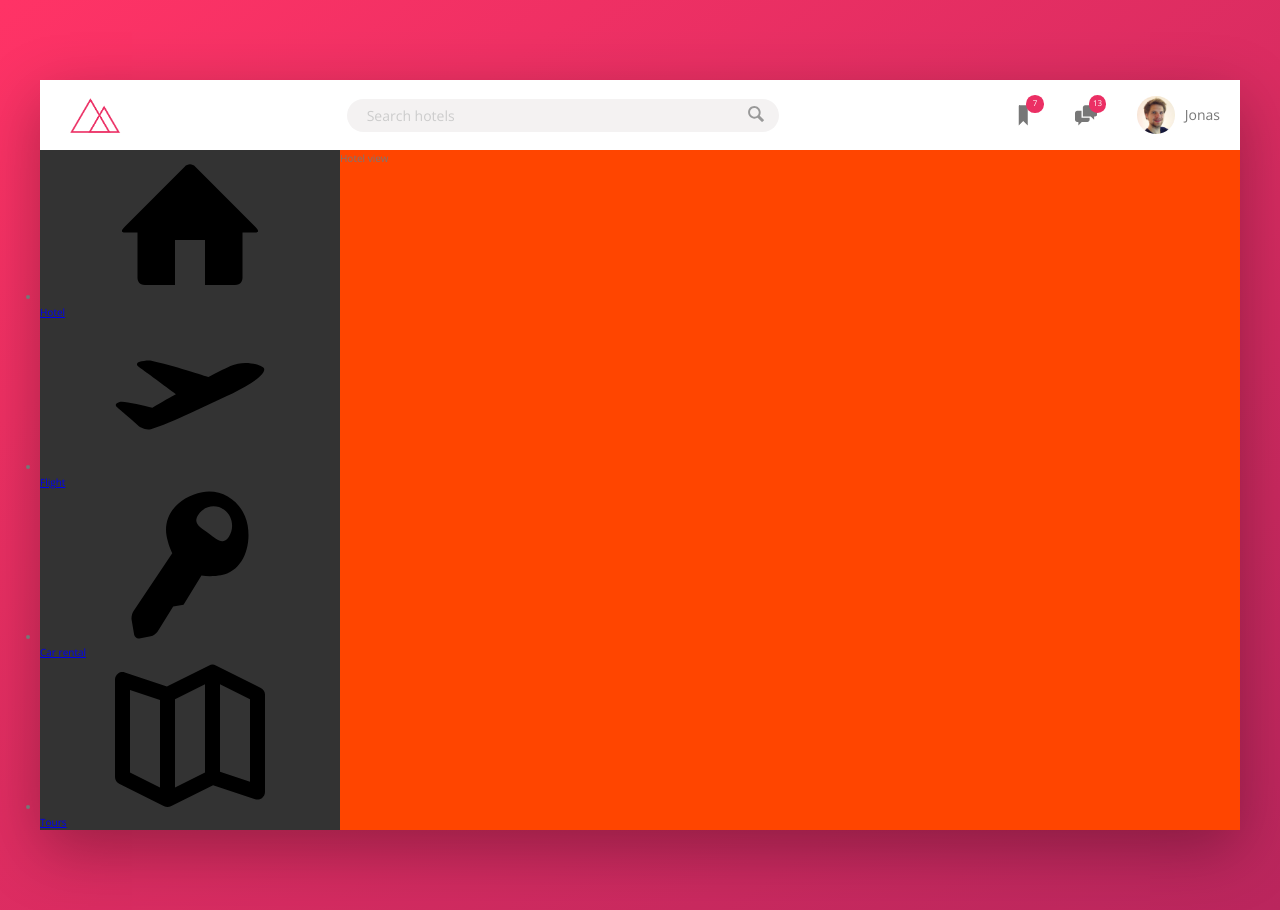
Repository: MalgorzataMazur/Trillo
Page: index.html
These files come from the project's save history. The page is drawn as it stood at one moment and after the next save; the edit follows.
The browser window is 1280 px wide. The pictures show the whole page.
The style sheet was rebuilt from its Sass, Less or Tailwind sources for each picture, by a compiler version that may differ from the author's.

Above is the page before, as saved 2020-03-26 18:31:56.

### index.html
<!DOCTYPE html>
<html lang="en">
    <head>
        <meta charset="UTF-8">
        <meta name="viewport" content="width=device-width, initial-scale=1.0">

        <link href="https://fonts.googleapis.com/css?family=Open+Sans:300,400,600" rel="stylesheet">
        <link rel="stylesheet" href="css/style.css">
        <link rel="shortcut icon" type="image/png" href="img/favicon.png">

        <title>trillo &mdash; Your all-in-one booking app</title>
    </head>
    <body>
        <div class="container">
            <header class="header">
                <img src="img/logo.png" alt="trillo logo" class="logo">

                <form action="#" class="search">
                    <input type="text" class="search__input" placeholder="Search hotels">
                    <button class="search__button">
                        <svg class="search__icon">
                            <use xlink:href="img/sprite.svg#icon-magnifying-glass"></use> <!--include svg -->
                        </svg>
                    </button>
                </form>

                <nav class="user-nav">
                    <div class="user-nav__icon-box">
                        <svg class="user-nav__icon">
                            <use xlink:href="img/sprite.svg#icon-bookmark"></use>
                        </svg>
                        <span class="user-nav__notification">7</span>
                    </div>
                    <div class="user-nav__icon-box">
                        <svg class="user-nav__icon">
                            <use xlink:href="img/sprite.svg#icon-chat"></use>
                        </svg>
                        <span class="user-nav__notification">13</span>
                    </div>
                    <div class="user-nav__user">
                        <img src="img/user.jpg" alt="User photo" class="user-nav__user-photo">
                        <span class="user-nav__user-name">Jonas</span>
                    </div>
                </nav>
            </header>
            <div class="content">
                <nav class="sidebar">
                    <ul class="side-nav">
                        <li class="side-nav__item">
                            <a href="#" class="side-nav__link">
                                <svg class="side-nav__icon">
                                    <use xlink:href="img/sprite.svg#icon-home"></use>
                                </svg>
                                <span>Hotel</span>
                            </a>
                        </li>
                        <li class="side-nav__item">
                            <a href="#" class="side-nav__link">
                                <svg class="side-nav__icon">
                                    <use xlink:href="img/sprite.svg#icon-aircraft-take-off"></use>
                                </svg>
                                <span>Flight</span>
                            </a>
                        </li>
                        <li class="side-nav__item">
                            <a href="#" class="side-nav__link">
                                <svg class="side-nav__icon">
                                    <use xlink:href="img/sprite.svg#icon-key"></use>
                                </svg>
                                <span>Car rental</span>
                            </a>
                        </li>
                        <li class="side-nav__item">
                            <a href="#" class="side-nav__link">
                                <svg class="side-nav__icon">
                                    <use xlink:href="img/sprite.svg#icon-map"></use>
                                </svg>
                                <span>Tours</span>
                            </a>
                        </li>






                    </ul>
                </nav>
                <main class="hotel-view">
                    Hotel view
                </main>
            </div>

        </div>
    </body>
</html>

### sass/_base.scss
//variable will be avuialable for entire documents here, global parent of elelemnt
:root { //root pseudoclass the same like ktml but higher specifity //css custom proiperties variables I use here define in declaration bloxk remember
    --color-primary: #eb2f64;
    --color-primary-light: #FF3366;
    --color-primary-dark: #BA265D;

    --color-grey-light-1: #faf9f9;
    --color-grey-light-2: #f4f2f2;
    --color-grey-light-3: #f0eeee;
    --color-grey-light-4: #ccc;

    --color-grey-dark-1: #333;
    --color-grey-dark-2: #777;
    --color-grey-dark-3: #999;

    --shadow-dark: 0 2rem 6rem rgba(0,0,0,.3);

}

* { //first global settings *,htm, body
    margin: 0;
    padding: 0;
}

*,
*::before,
*::after {
    box-sizing: inherit;
}

html {
    box-sizing: border-box;
    font-size: 62.5%; //1rem = 10px, 10px/16px = 62.5%
}

body {
    font-family: 'Open Sans', sans-serif;
    font-weight: 400;
    line-height: 1.6;
    color: var(--color-grey-dark-2);
    background-image: linear-gradient(to right bottom, var(--color-primary-light), var(--color-primary-dark)); //gradient from the left top cornet to right bottom corner
    background-size: cover;
    background-repeat: no-repeat; //default is repeat in css

    min-height: 100vh; //min height but if height can be bigger than that will be simply bigger
}

### sass/_layout.scss
.container {
    max-width: 120rem; //container can decrease if hasn't got enough enough space to display our 120rem,;inaczej 1200px i jesli mniej to zajmie 100% szerokosci portu
    margin: 8rem auto;
    background-color: var(--color-grey-light-1);
    box-shadow: var(--shadow-dark);

    min-height: 50rem;
}

.header {
    font-size: 1.4rem;
    height: 7rem;
    background-color: #fff;
    border-bottom: var(--color-grey-light-2);

    display: flex; //cause it is parent element
    justify-content: space-between; // divide empty space between 3 elements
    align-items: center; //wzdłuż osi poprzecznej center
}

.content {
    display: flex;
}

.sidebar {
    background-color: var(--color-grey-dark-1);

    flex: 0 0 18%; //don't want to grow & shrink & we want 18% of width; automatic wil be
}

.hotel-view {
    background-color: #fff;
    background-color: orangered;

    flex: 1; //by using flex 1 element should grow as much as that can; na tyle ile ma przestrzeni
}

### sass/_components.scss
/////////////////////////////////
////LOGO
.logo {
    height: 3.5rem;
    margin-left: 3rem;
}


/////////////////////////////////
////SEARCH
.search {
    flex: 0 0 40%; //grow shrink occupy

    display: flex;//flex item is becoming flex container,; we center loop icon btn
    align-items: center; //center elem along the cross axis
    justify-content: center; //center elem along the main axis

    &__input {
        font-family: inherit;
        font-size: inherit;
        color: inherit;
        background-color: var(--color-grey-light-2);
        border: none;
        border-radius: 100px;
        padding: .7rem 2rem;
        width: 90%;
        transition: all .2s;
        margin-right: -3.25rem; //this way the btn move on top of input

        &:focus {
            outline: none;
            width: 100%;
            background-color: var(--color-grey-light-3);
        }

        &::-webkit-input-placeholder {
            font-weight: 100;
            color: var(--color-grey-light-4);
        }
    }

    &__input:focus + &__button { //sibling, adjust element; the same backgr color
        background-color: var(--color-grey-light-3);
    }

    &__button {
        border: none;
        background-color: var(--color-grey-light-2);

        &:focus {
            outline: none;
        }

        &:active {
            transform: translate(2px);
        }
    }

    &__icon {
        height: 2rem;
        width: 2rem;
        fill: var(--color-grey-dark-3);
}
}

/////////////////////////////////
////USER NAVIGATION
.user-nav {
    align-self: stretch; //żeby one sie rozciagaly, is like align items but for one individual item; ovverite in header align item center

    display: flex; //flex item on the sam etime is flex container
    align-items: center;

    & > * {
        padding: 0 2rem;
        cursor: pointer;
        display: flex;
        height: 100%;
        align-items: center; //when we hoover thy arent on the top; vertical align
   }

    & > *:hover {
        background-color: var(--color-grey-light-2);
    }

    &__icon-box {
        position: relative;
    }

    &__icon {
        height: 2.25rem;
        width: 2.25rem;
        fill: var(--color-grey-dark-2);
    }

    &__notification {
        font-size: .8rem;
        height: 1.75rem;
        width: 1.75rem;
        border-radius: 50%;
        background-color: var(--color-primary);
        color: #fff;
        position: absolute; //parent elememnt is iconbox relative
        top: 1.5rem;
        right: 1.1rem;

        display: flex;
        justify-content: center;
        align-items: center;
    }

    &__user-photo {
        height: 3.75rem;
        border-radius: 50%;
        margin-right: 1rem;
    }
}

Loaded but not shown: sass/main.scss (common file)

After the next save:
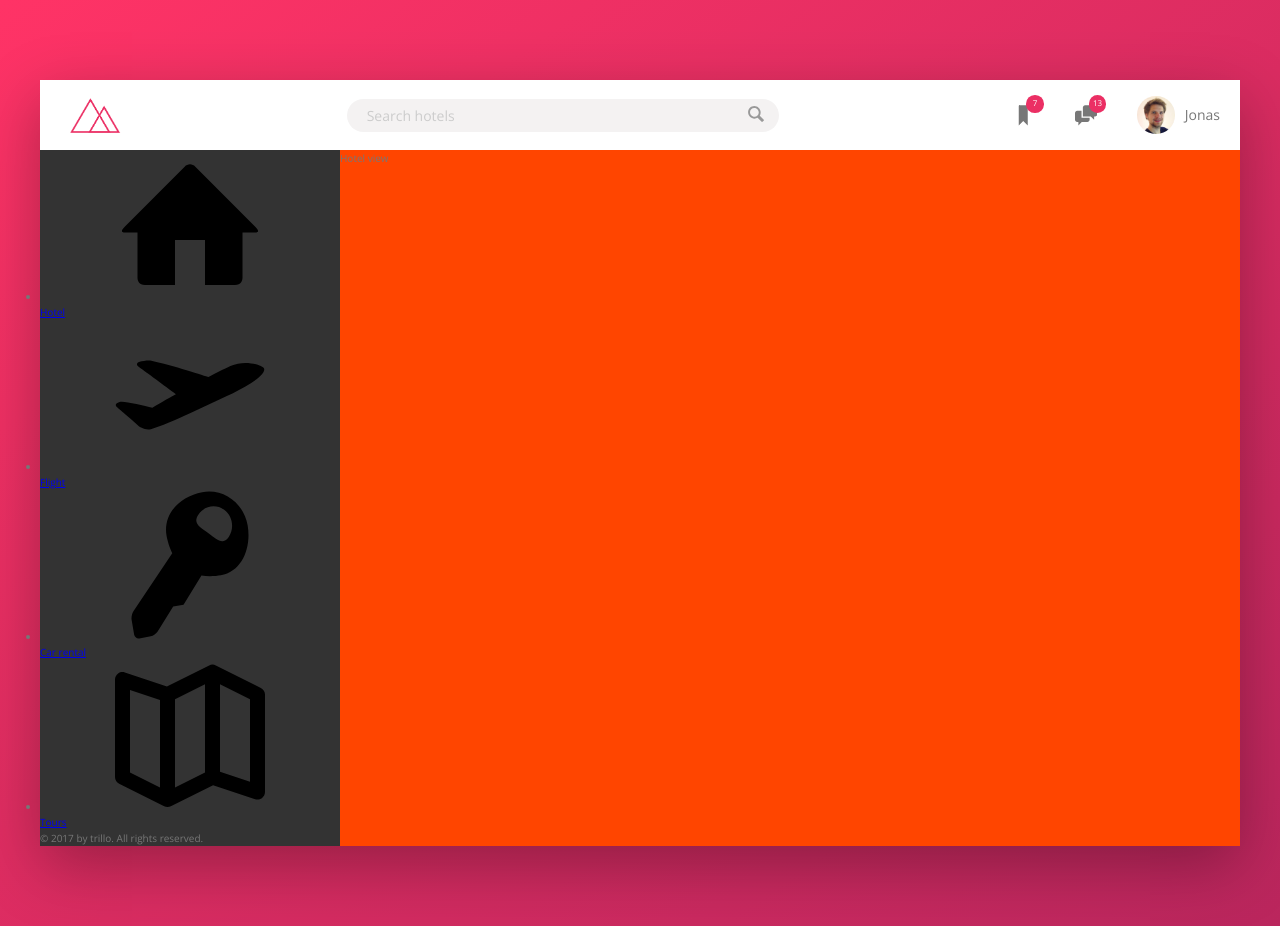
Saved 2 min 4 s later.
--- a/index.html
+++ b/index.html
@@ -78,13 +78,11 @@
                                 <span>Tours</span>
                             </a>
                         </li>
+                    </ul>
 
-
-
-
-
-
-                    </ul>
+                    <div class="legal">
+                        &copy; 2017 by trillo. All rights reserved.
+                    </div>
                 </nav>
                 <main class="hotel-view">
                     Hotel view
